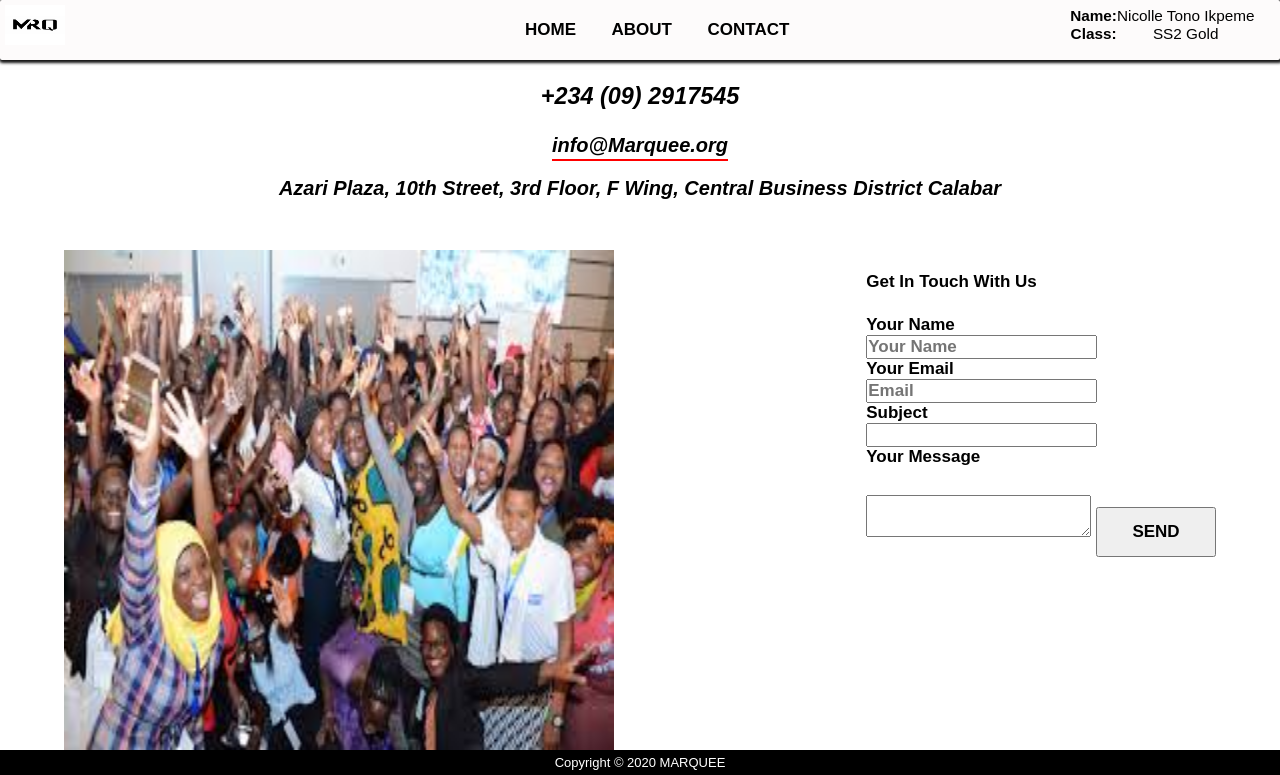
Repository: pboi18/Marquee.org
Page: contact.html
An editor plug-in stored every save of this project. The page is shown before and after the next save, followed by the edit.
The browser window is 1280 px wide. The pictures show the whole page.

Above is the page before, as saved 2020-07-11 21:29:32.

### contact.html
<!DOCTYPE html>
<html>
    <head>
        <meta charset="utf-8">
        <link rel="icon" type="image/png" sizes="16x16" href="img/logo.png">
        <title>Marquee</title>

        <link rel="stylesheet" href="style.css" >
        <link rel="stylesheet" href="normalize.css" >


    </head>

    <body>
            <nav class="main">

                    <div class="navbar2">

                        <img src="img/logo.png" alt="MARQUEE" class="logo">

                        <ul class="main-nav">
                            <li>
                                <a href="home.html">
                                    Home
                                </a>
                            </li>

                            <li>
                                <a href="about.html">
                                    ABOUT
                                </a>
                            </li>

                            <li>
                                <a href="contact.html">
                                    CONTACT
                                </a>
                            </li>

                            <li>
                                <table class="id">
                                    <tr>
                                        <th>Name:</th>
                                        <td> Nicolle Tono Ikpeme</td>
                                    </tr>

                                    <tr>
                                        <th>Class:</th>
                                        <td> SS2 Gold</td>
                                    </tr>

                                </table>
                            </li>

                        </ul>





                </div>

            </nav>

            <div class="con">
                <div class="contact">
                    <address>
                        <h3>+234 (09) 2917545</h3>
                        <a href="info@Marquee.org" style="text-decoration: none; color: black;
                        font-weight: bold; border-bottom: 2px solid red; padding-bottom: 3px;">
                            info@Marquee.org
                        </a><br>
                        <p style="font-weight: bold;">Azari Plaza, 10th Street, 3rd Floor, F Wing, Central Business District Calabar</p>
                    </address>
                </div>


                <div style="height: 500px;">
                    <img src="img/images.jpg" alt="Happy women" class="image span-1-of-2">

                    <form class="form2 span-1-of-2">
                        <h4 >Get In Touch With Us</h4>
                        <label>Your Name </label>
                        <input type="text" name="Name" placeholder="Your Name" required >
                        <label>Your Email</label>
                        <input type="email"  placeholder="Email" required >
                        <label>Subject</label>
                        <input type="text" >
                        <label>Your Message</label>
                        <textarea ></textarea>
                        <!-- <input type="submit" value="SEND" name="send" style="margin-top: 40px;"> -->

                        <button type="submit" style="margin-top: 40px; width: 120px; height: 50px;">SEND</button>

                    </form>

                </div>
            </div>

        <footer>
            <P style="color: white; text-align: center; margin: 0; font-size: small; padding: 5px;">
                Copyright &copy; 2020 MARQUEE
            </P>
        </footer>
    </body>
</html>

### style.css
* {
    margin: o;
    padding: 0;
    box-sizing: border-box;
}

html {
    background-color: #fff;
    max-width: 100%;
    font-size: 20px;
    font-weight: 300;
    font-family: Arial, Helvetica, sans-serif;
    text-rendering: optimizeLegibility;
}



h1 {
    margin: 0;
}

label {
    display: block;
}

/* header {
    background-image: linear-gradient( rgba(0, 0, 0, 0.4), rgba(0, 0, 0, 0.4)), url(img/home.jpg);
    height: 100vh;
    background-size: cover;
    background-position: center;
} */


.logo {
    height: 40px;
    width: 60px;
    float: left;
    margin: 5px;
}

.main-nav {
    list-style: none;
    margin: auto;
    margin-top: 10px;
    text-align: center;


}

.main-nav li {
    display: inline-block;
    margin: 10px 15px;
    font-size: 85%;

}

.main-nav li a:link,
.main-nav li a:visited {
    color: #000;
    text-decoration: none;
    text-transform: uppercase;
    font-weight: bold;
    padding: 3px 0px;
    border-bottom: 3px solid transparent;
    transition: border-bottom 0.2s;
}

.main-nav li a:hover,
.main-nav li a:active {
    border-bottom: 3px solid rgb(158, 0, 0);
}
.id {
    float: right;
    margin-right: 5px;
    margin: auto;
    position: absolute;
    top: 1%;
    right: 2%;
    padding: 10px;
    font-size: 90%;

}

.navbar {
    height: 50px;
    width: 100%;
    display: inline-block;
    border-radius: 2px;
    box-shadow: 0px 3px -1px 2px rgb(190, 189, 189);
    position: fixed;
    background-color: rgb(253, 251, 251);
}

.navbar2 {
    height: 60px;
    width: 100%;
    display: inline-block;
    border-radius: 2px;
    box-shadow: 1px 1px 3px 2px rgb(20, 20, 20);
    /* position: fixed; */
    background-color: rgb(253, 251, 251);
}

.numb {
    border: solid 5px rgb(63, 62, 62);
    text-align: center;
    width: 40px;
    height: 30px;
    align-self: center;
    border-radius: 50%;
    margin: auto;
    background-color: rgb(63, 62, 62);
    color: white;
}
.wup {
    padding-top: 10px;

    background: linear-gradient(180deg, #DF2828 5.21%, rgba(223, 40, 40, 0.427083) 55.73%, rgba(223, 40, 40, 0.427083) 64.06%, rgba(223, 40, 40, 0.427083) 73.44%, rgba(222, 17, 17, 0.427083) 100%, rgba(170, 77, 77, 0) 100%);
}

.cover {
    border-radius: 5px;
    margin: auto;
}

.sec {
    background-color: black;
    height: 250px;
    width: 100%;
    text-align: center;
}



main {
    /* width: 1000px; */
    margin: auto;
}

.con {
    width: 90%;
    margin: auto;
    ;

}
.contact {
    text-align: center;
    margin: auto;
    margin-bottom: 50px;
}
.image {
    width: 550px;
    height: 500px;
    float: left;
}

.form2 {
    float: right;
    text-align: left;
    font-size: 85%;
    font-weight: bold;
}

footer {
    background-color: #000;
}

Loaded but not shown: normalize.css (library)

After the next save:
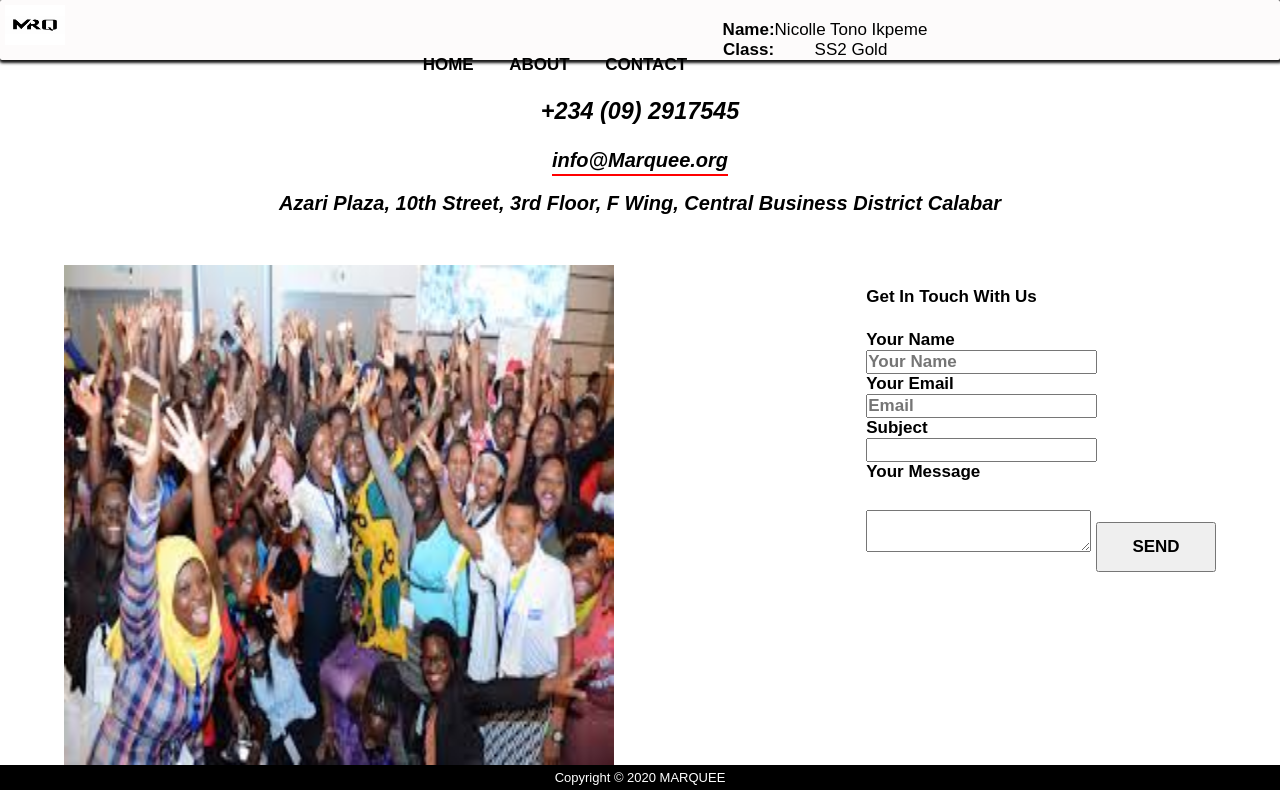
Saved 31 s later.
--- a/style.css
+++ b/style.css
@@ -69,7 +69,7 @@
 .main-nav li a:active {
     border-bottom: 3px solid rgb(158, 0, 0);
 }
-.id {
+/* .id {
     float: right;
     margin-right: 5px;
     margin: auto;
@@ -79,7 +79,7 @@
     padding: 10px;
     font-size: 90%;
 
-}
+} */
 
 .navbar {
     height: 50px;

After the save that followed:
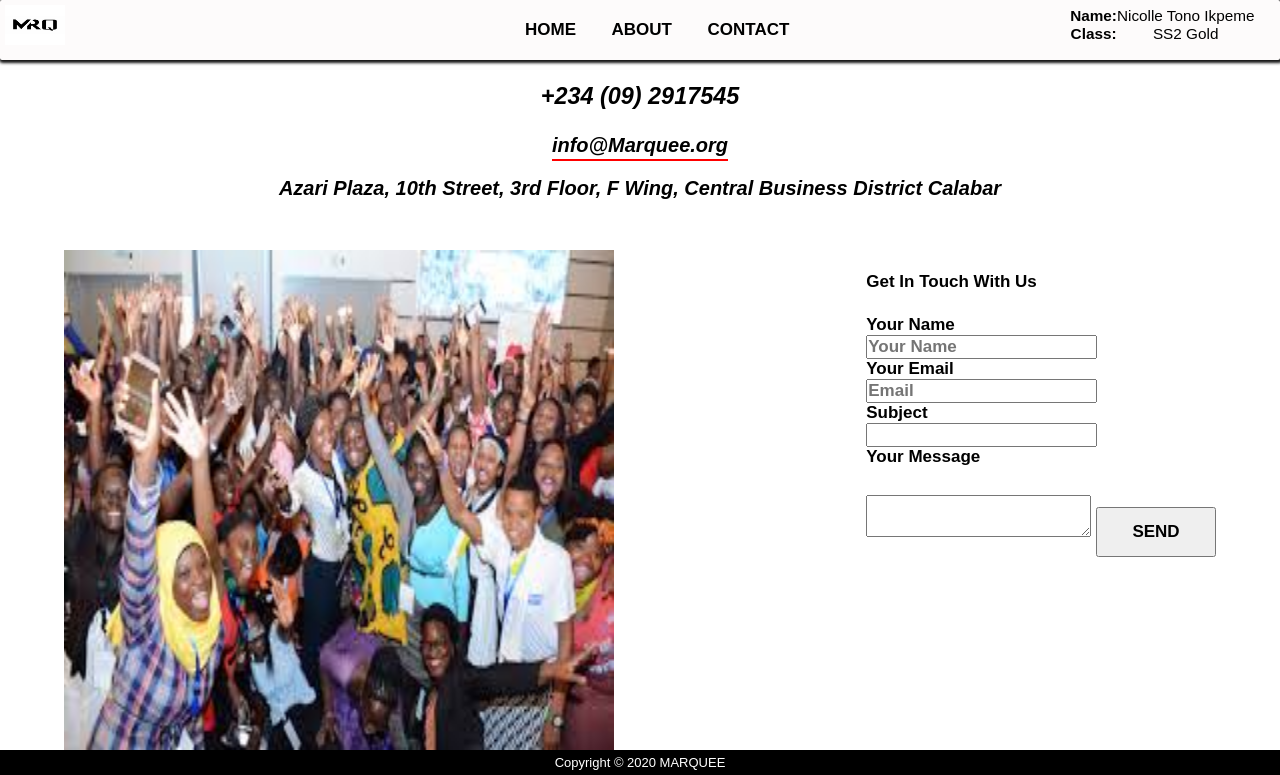
Saved 11 s later.
--- a/style.css
+++ b/style.css
@@ -69,7 +69,7 @@
 .main-nav li a:active {
     border-bottom: 3px solid rgb(158, 0, 0);
 }
-/* .id {
+.id {
     float: right;
     margin-right: 5px;
     margin: auto;
@@ -79,7 +79,7 @@
     padding: 10px;
     font-size: 90%;
 
-} */
+}
 
 .navbar {
     height: 50px;
